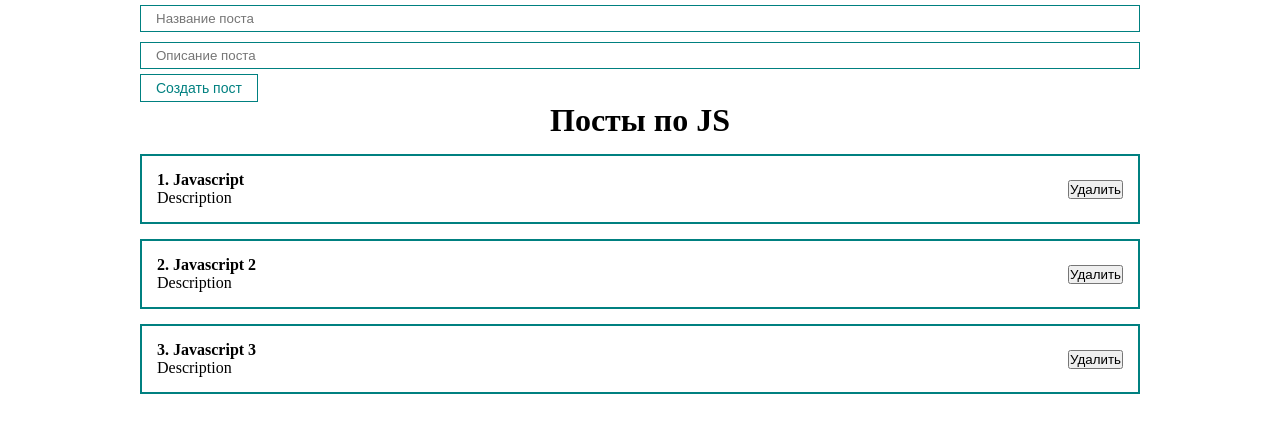
Repository: otvertka/ulb
Page: /
These files come from the project's save history. The page is drawn as it stood at one moment and after the next save; the edit follows.
The browser window is 1280 px wide. The pictures show the whole page.
The project was rebuilt for these pictures with package versions that can differ from the ones it lists, and the page was loaded fresh each time. Also part of the build but not shown: src/components/Counter.jsx, src/components/ClassCounter.jsx.

Above is the page before, as saved 2023-06-11 12:32:34.

After the next save:
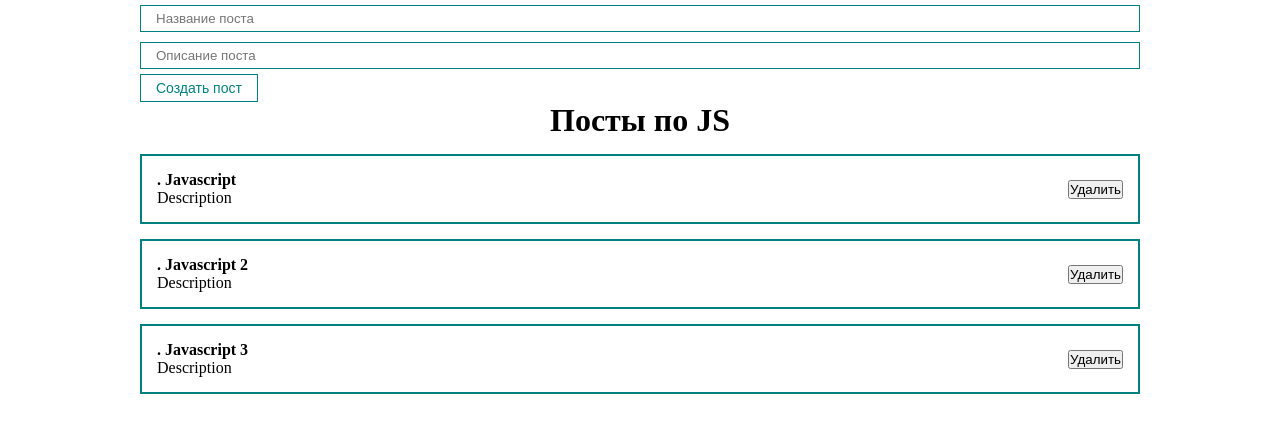
Saved 9 min 3 s later.
--- a/src/components/PostItem.jsx
+++ b/src/components/PostItem.jsx
@@ -7,7 +7,7 @@ const PostItem = (props) => {
     <div className="post">
       <div className="post__content">
         <strong>
-          {props.post.id}. {props.post.title}
+          {props.number}. {props.post.title}
         </strong>
         <div>{props.post.body}</div>
       </div>
